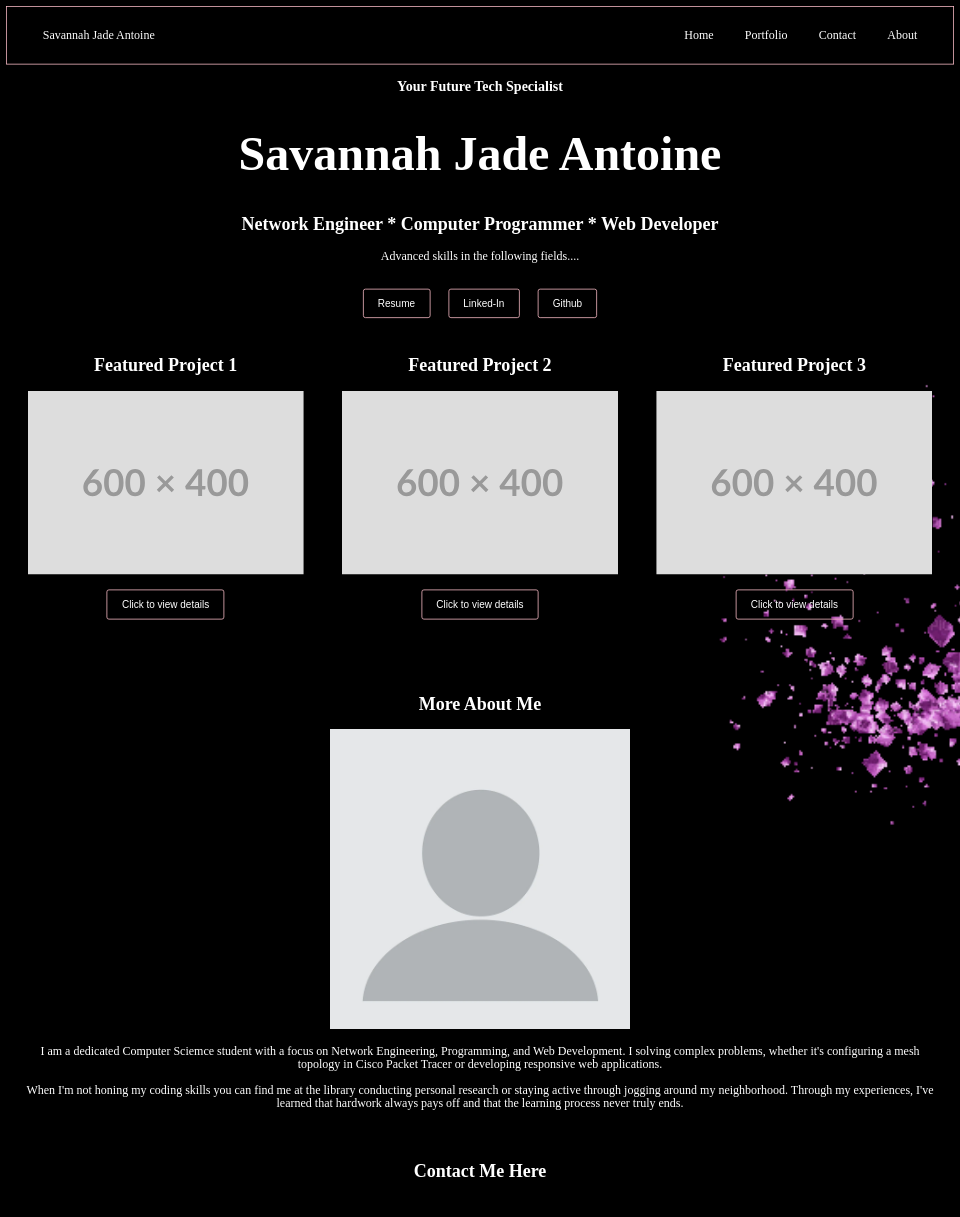
Repository: Savannah-Antoine/Savannah-Antoine
Page: index.html
The author's editor kept a copy of each file at every save. The page is drawn from the files as they stood at one save, then again after the next save.
The browser window is 1280 px wide. The pictures show the whole page, at 75% of full size.

Above is the page before, as saved 2026-05-15 13:29:17.

### index.html
<!DOCTYPE html>
<html lang="en">
<head>
    <meta charset="UTF-8">
    <meta name="viewport" content="width=device-width, initial-scale=1.0">
    <link rel = "stylesheet" href = "./styles/index.css" />
    <link rel = "stylesheet" href = "./styles/globals.css" />
    <title>Savannah Jade Antoine Portfolio</title>
</head>
<body>
<header>
    <nav>
        <ul class = "homeButton">
           <li><a href = "index.html">Savannah Jade Antoine</a></li>
        </ul>
        <ul class = "navigation">
  <li><a href="index.html">Home</a></li>
  <li><a href="#PortfolioSection">Portfolio</a></li>
  <li><a href="#ContactMe">Contact</a></li>
  <li><a href="#AboutMe">About</a></li>
</ul>

</nav>
<h3>Your Future Tech Specialist</h3>
<h1> Savannah Jade Antoine</h1>
<h2>Network Engineer * Computer Programmer * Web Developer</h2>
<p> Advanced skills in the following fields....</p>
<div class = "infoButtons">
<a href = "Savannah Jade Resume (1).pdf"><button>Resume</button></a>
<a href = "www.linkedin.com/in/savannah-antoine-ab0756390"><button>Linked-In</button></a>
<button>Github</button>
</div>

</header>
<main class = "container">
<section id = "PortfolioSection" class = "project-card">

<h2>Featured Project 1</h2>
<img src = "./assets/images/placeholder1.svg" alt = "First Portfolio placeholder image" />
<p><a href = "./pages/project-name-1.html"><button>Click to view details</button></a>
</section>


<section class = "project-card">
<h2>Featured Project 2</h2>
<img src = "./assets/images/placeholder1.svg" alt = "Second Portfolio placeholder image" />
<p><a href = "./pages/project-name-2.html"><button>Click to view details</button></a>
</section>
<section class = "project-card">
<h2>Featured Project 3</h2>
<img src = "./assets/images/placeholder1.svg" alt = "Third Portfolio placeholder image" />
<p><a href = "./pages/project-name-3.html"><button>Click to view details</button></a>
</section>

<section id = "AboutMe" class = "aboutMe">
<h2>More About Me</h2>
<img src = "./assets/images/profilepic.png" alt = "profile picture" />
<p>I am a dedicated Computer Sciemce student with a focus on Network Engineering, Programming, and Web Development.
I solving complex problems, whether it's configuring a mesh topology in Cisco Packet Tracer or developing responsive web applications.
</p>
<P>
When I'm not honing my coding skills you can find me at the library conducting personal research or staying active through jogging around my neighborhood.
Through my experiences, I've learned that hardwork always pays off and that the learning process never truly ends.
</P>
</section>

<section id = "ContactMe">
<h2>Contact Me Here</h2>

</section>



</main>

</body>
</html>

### styles/index.css
.container{
  display: flex;
    flex-direction: column;
    align-items: center;
    gap: 2rem;
    padding: 1.2rem;

}



.navigation {
    display: grid;
    grid-template-columns: repeat(2, 1fr);
    gap: 0.6rem;
    text-align: right;
}


body h1{
    font-size: 2.5rem;

}

img{
    width: 100%;
    max-width: 400px;
    height: auto;
}

@media screen and (min-width: 768px)
{

   body h1 {
        font-size: 4rem;
    }
    .container {
        flex-direction: row;
        flex-wrap: wrap;
        align-items: flex-start;
        justify-content: space-around;
    }
    .project-card {
        width: 30%;
        min-width: 250px;
        text-align: center;
    }

    .aboutMe{
        width: 100%;
        text-align: center;
        margin-top: 2rem;

    }
    .navigation{
        display:flex;
    }

}


@media screen and (min-width: 1000px)
{
    .container {
        margin: 0 auto;
    }
}

### styles/globals.css
body {
    background-color: black;
  background-image: url(/assets/images/background-pic.gif);
  background-repeat: no-repeat;
  background-size: cover;
  color: white;
  font-size: 1rem;
  text-align: center;
}



.homeButton{
  order: -1;
  list-style-type: none;
  margin: 0;
  padding: 0;
  display: flex;
  justify-content: left;

}


nav {
    display: flex;
    justify-content: space-between;
    align-items: center;
    padding: 1rem 2rem;

    border: 0.1rem solid pink;
    cursor: pointer;


}



nav ul {
    display: flex;
    list-style: none;
    gap: 1rem;
    margin: 0;
    padding: 0;
}
button {
    padding: 0.7rem 1.2rem;
    background-color: transparent;
    color: white;
    border: 0.1rem solid pink;
    cursor: pointer;
    transition: all 0.3s ease;
    border-radius: 0.2rem;
    gap: 1rem;
}
button:hover {
    background-color: pink;
    color: rgb(31, 1, 31);
    transform: translateY(-3px);
    box-shadow: 0 0.3rem 1rem rgba(255, 255, 255, 0.3);
}

.infoButtons {
    display: flex;
    justify-content: center;
    gap: 1.5rem;
    margin-top: 1.4rem;
    min-width: 100px;
    padding: 0.7rem 0.9rem;
}

li a {
  display: block;
  color: white;
  padding: 0.8rem 1rem;
  text-decoration: none;
}

ul li a:hover {
 background-color: pink;
  color: rgb(31, 1, 31);
  box-shadow: 0 0.5rem 0.9rem rgba(255, 255, 255, 0.3)
}

h1{

  font-size: 4rem;
}

After the next save:
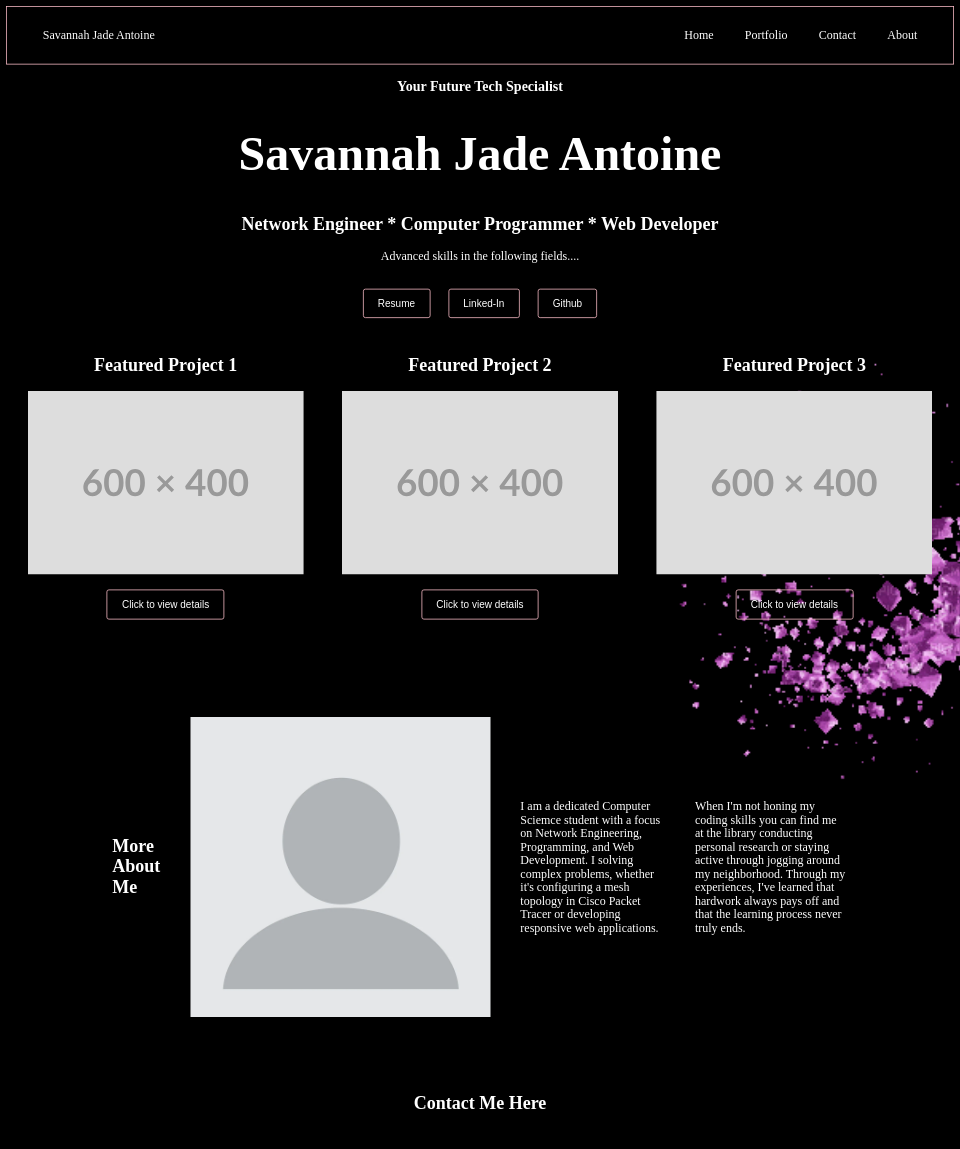
Saved 4 min 13 s later.
--- a/styles/index.css
+++ b/styles/index.css
@@ -6,7 +6,15 @@
     padding: 1.2rem;
 
 }
-
+#AboutMe{
+    display: flex;
+    flex-direction: row;      /* Side-by-side */
+    align-items: center;       /* Vertically centers image and text */
+    justify-content: center;   /* Horizontally centers the whole group */
+    gap: 40px;                 /* Space between image and text */
+    padding: 50px 10%;         /* Breathing room on the sides */
+    text-align: left;
+}
 
 
 .navigation {
